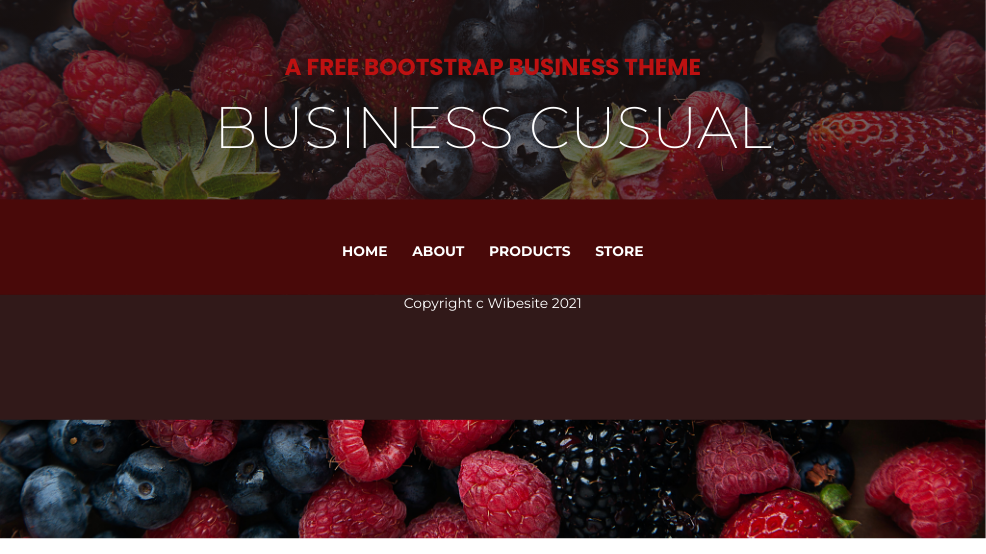
Repository: wadelfadill/tache_7_Business_bootstrap_theme
Page: index.html
These files come from the project's save history. The page is drawn as it stood at one moment and after the next save; the edit follows.
The browser window is 1280 px wide. The pictures show the whole page, at 77% of full size.

Above is the page before, as saved 2023-04-27 13:03:36.

### index.html
<!DOCTYPE html>
<html lang="en">
<head>
    <meta charset="UTF-8">
    <meta http-equiv="X-UA-Compatible" content="IE=edge">
    <meta name="viewport" content="width=device-width, initial-scale=1.0">
    <!------ title of website ------>
    <title>Business website</title>
    <!------ Bootstrap cdn link ------>
    <link href="https://cdn.jsdelivr.net/npm/bootstrap@5.1.3/dist/css/bootstrap.min.css" rel="stylesheet" integrity="sha384-1BmE4kWBq78iYhFldvKuhfTAU6auU8tT94WrHftjDbrCEXSU1oBoqyl2QvZ6jIW3" crossorigin="anonymous">
    <!------- css link -------------->
    <link rel="stylesheet" href="style.css">
    <!---------Google Fonts links ---------->
    <link rel="preconnect" href="https://fonts.googleapis.com">
    <link rel="preconnect" href="https://fonts.gstatic.com" crossorigin>
    <link href="https://fonts.googleapis.com/css2?family=Montserrat:wght@100;200;400;700&family=Poppins:wght@700&display=swap" rel="stylesheet">

</head>
<body>
    <!-- ========== Start Header Section ========== -->
    <header id="header">
        <h2 class="first_title text-center">A FREE BOOTSTRAP BUSINESS THEME</h2>
        <h1 class="second_title text-center">BUSINESS CUSUAL</h1>
        <!-- ========== Start navbar  Section ========== -->
        <nav class="my-auto mt-5">
            <div class="container my-auto">
                <ul class="nav justify-content-center">
                    <li class="nav-item">
                      <a class="nav-link active" aria-current="page" href="index.html">HOME</a>
                    </li>
                    <li class="nav-item">
                      <a class="nav-link" href="about.html">ABOUT</a>
                    </li>
                    <li class="nav-item">
                      <a class="nav-link" href="product.html">PRODUCTS</a>
                    </li>
                    <li class="nav-item">
                      <a class="nav-link" href="store.html">STORE</a>
                    </li>
                </ul>
            </div>
        </nav>
        <!-- ========== End navbar  Section ========== -->
    </header>
    <!-- ========== End Header Section ========== -->
    <!-- ========== Start Main Section ========== -->
    <main>

    </main>
    <!-- ========== End Main Section ========== -->
    <footer id="footer">
        <p class="text-center">Copyright c Wibesite 2021</p>
    </footer>



    <!------ Bootstrap script -------->
    <script src="https://cdn.jsdelivr.net/npm/bootstrap@5.1.3/dist/js/bootstrap.bundle.min.js" integrity="sha384-ka7Sk0Gln4gmtz2MlQnikT1wXgYsOg+OMhuP+IlRH9sENBO0LRn5q+8nbTov4+1p" crossorigin="anonymous"></script>
</body>
</html>

### style.css
/* ===== General ====== */

:root{
    --red-color: #BD1111;
    --bg-red:#490909;
    --white-color: #FFFFFF;
    --black-color: #000000;
    --bg-beize:#F6E1C5;
    --bg-red-black: #311919;
    --bg-red-opac:rgba(165, 52, 43, 0.69);
    --red-border: #CD5449;
}
*{
    margin: 0;
    padding: 0;
}
body{
    padding: 0;
    margin: 0;
    background-image: linear-gradient(rgba(34, 24, 24, 0.6), rgba(34, 24, 24, 0.6)), url("images/1.jpeg");
    background-position: center;
    background-size: cover;
    background-repeat: no-repeat;
}
/* ===== squelette ====== */
/* ===== header section ====== */
/* ===== header titles ======= */
#header .first_title{
    font-family: 'Poppins';
    font-style: normal;
    font-weight: 700;
    font-size: 30px;
    line-height: 45px;
    color: var(--red-color);
    margin-top: 65px;
}
#header .second_title{
    font-family: 'Montserrat';
    font-style: normal;
    font-weight: 200;
    font-size: 76px;
    line-height: 93px;
    color: var(--white-color);
}
/* ====== header navbar ======*/
#header nav{
    background: var(--bg-red);
    height: 124px;
}
#header nav ul li{
    margin-top: 48px;
}
#header nav a{
    font-family: 'Montserrat';
    font-style: normal;
    font-weight: 700;
    font-size: 18px;
    line-height: 22px;
    color: var(--white-color);
}
/* ====== footer section ====== */
#footer{
    height: 162px;
    background: var(--bg-red-black);
}
#footer p{
    font-family: 'Montserrat';
    font-style: normal;
    font-weight: 400;
    font-size: 18px;
    line-height: 22px;
    color: var(--white-color);
}

After the next save:
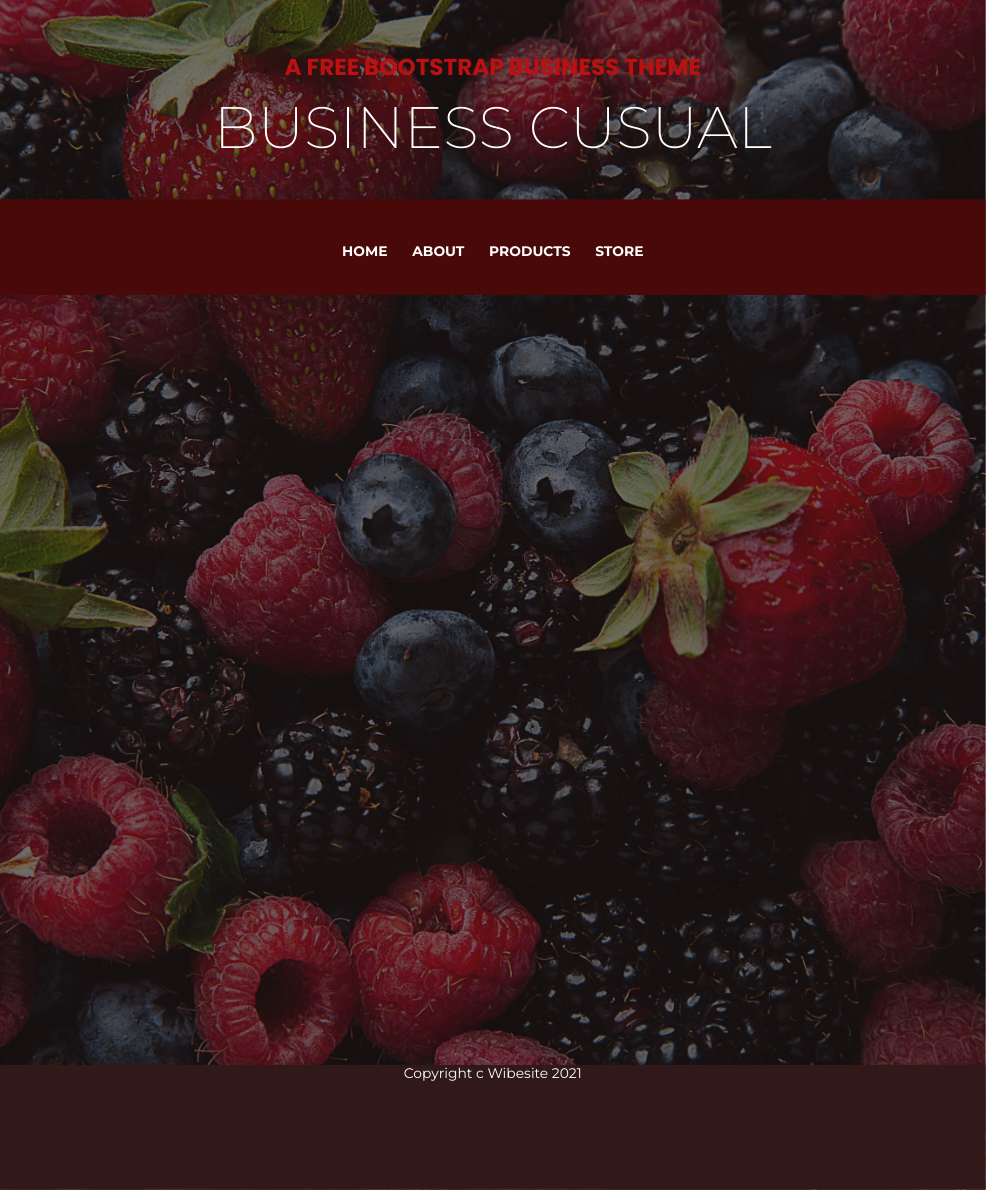
Saved 54 s later.
--- a/style.css
+++ b/style.css
@@ -58,6 +58,10 @@ body{
     line-height: 22px;
     color: var(--white-color);
 }
+/* ==== Main section ==========*/
+main{
+    height: 1000px;
+}
 /* ====== footer section ====== */
 #footer{
     height: 162px;
